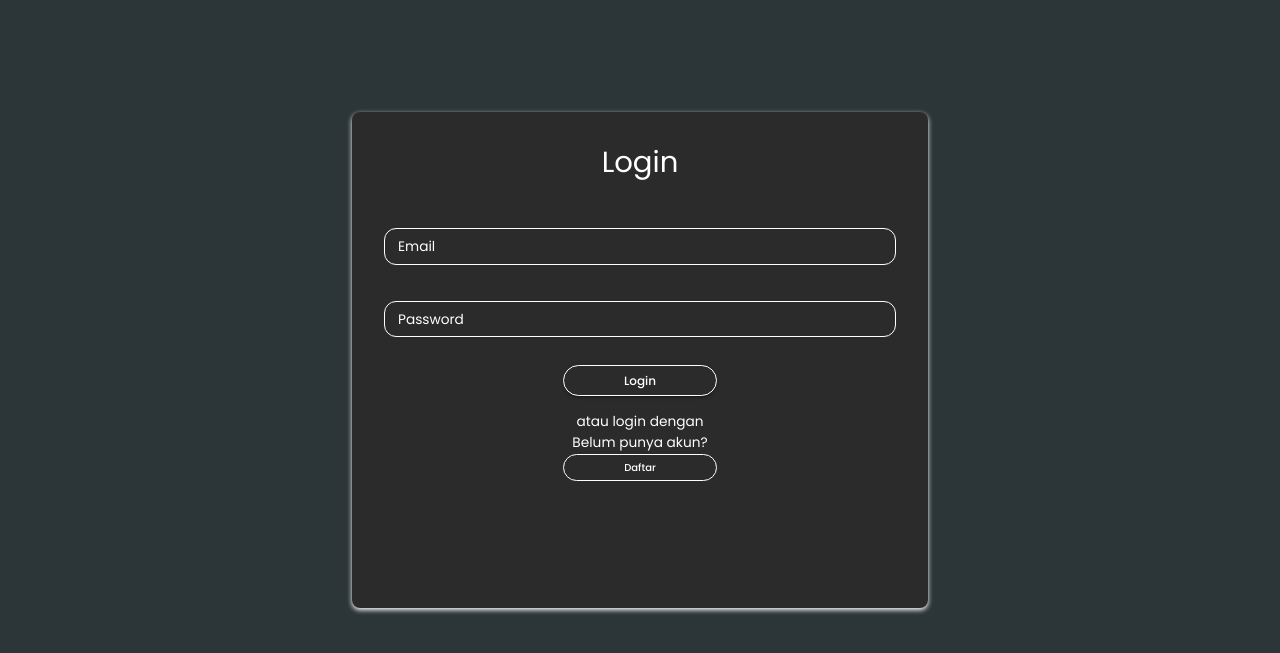
Repository: IzzaSuni/Izza-ToDo
Page: /login
These files come from the project's save history. The page is drawn as it stood at one moment and after the next save; the edit follows.
The browser window is 1280 px wide. The pictures show the whole page.
The project was rebuilt for these pictures with package versions that can differ from the ones it lists, and the page was loaded fresh each time. Also part of the build but not shown: src/App.css, src/services.js, src/utils/Query.js, src/utils/isLogin.js, src/components/List.js, src/components/Filter.js, src/components/ohayo.js, src/components/navbar.js and 2 more.

Above is the page before, as saved 2022-08-19 17:34:48.

After the next save:
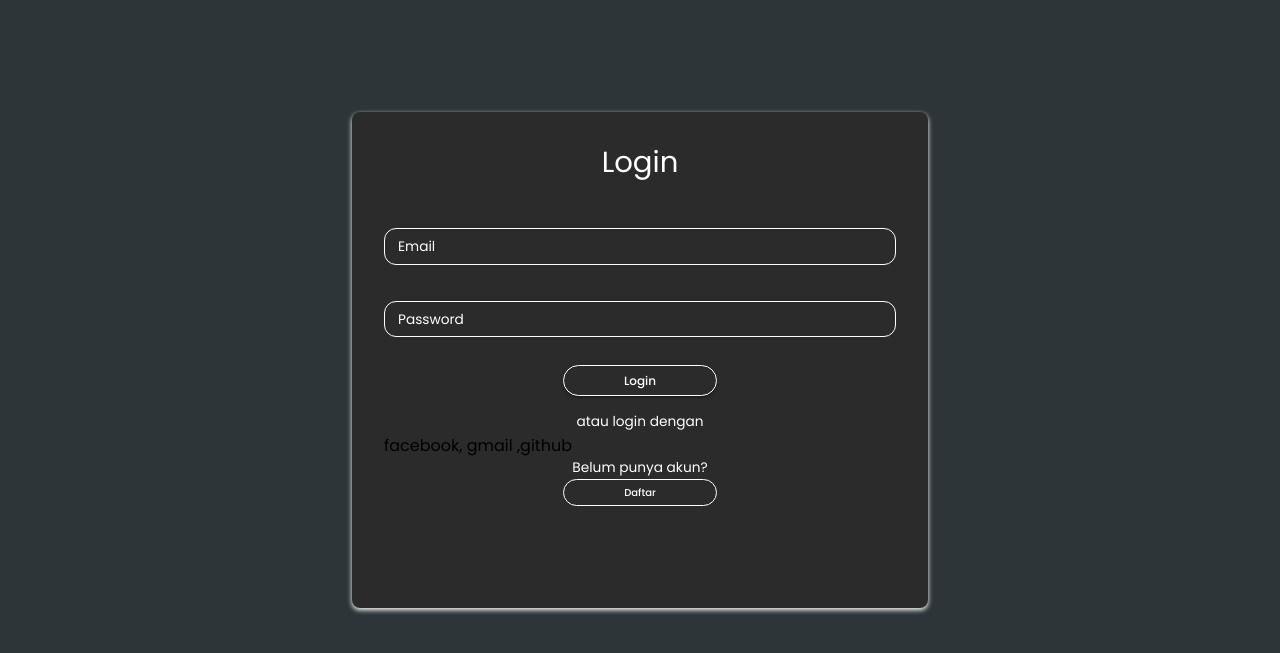
Saved 66 s later.
--- a/src/components/Login.js
+++ b/src/components/Login.js
@@ -173,7 +173,7 @@ export default function Login(prop) {
             <Box>
               <Typography textAlign={"center"}>atau login dengan</Typography>
             </Box>
-
+            <Box>facebook, gmail ,github</Box>
             <Typography textAlign={"center"}>Belum punya akun?</Typography>
             <Box display="flex" justifyContent={"center"}>
               <Input
